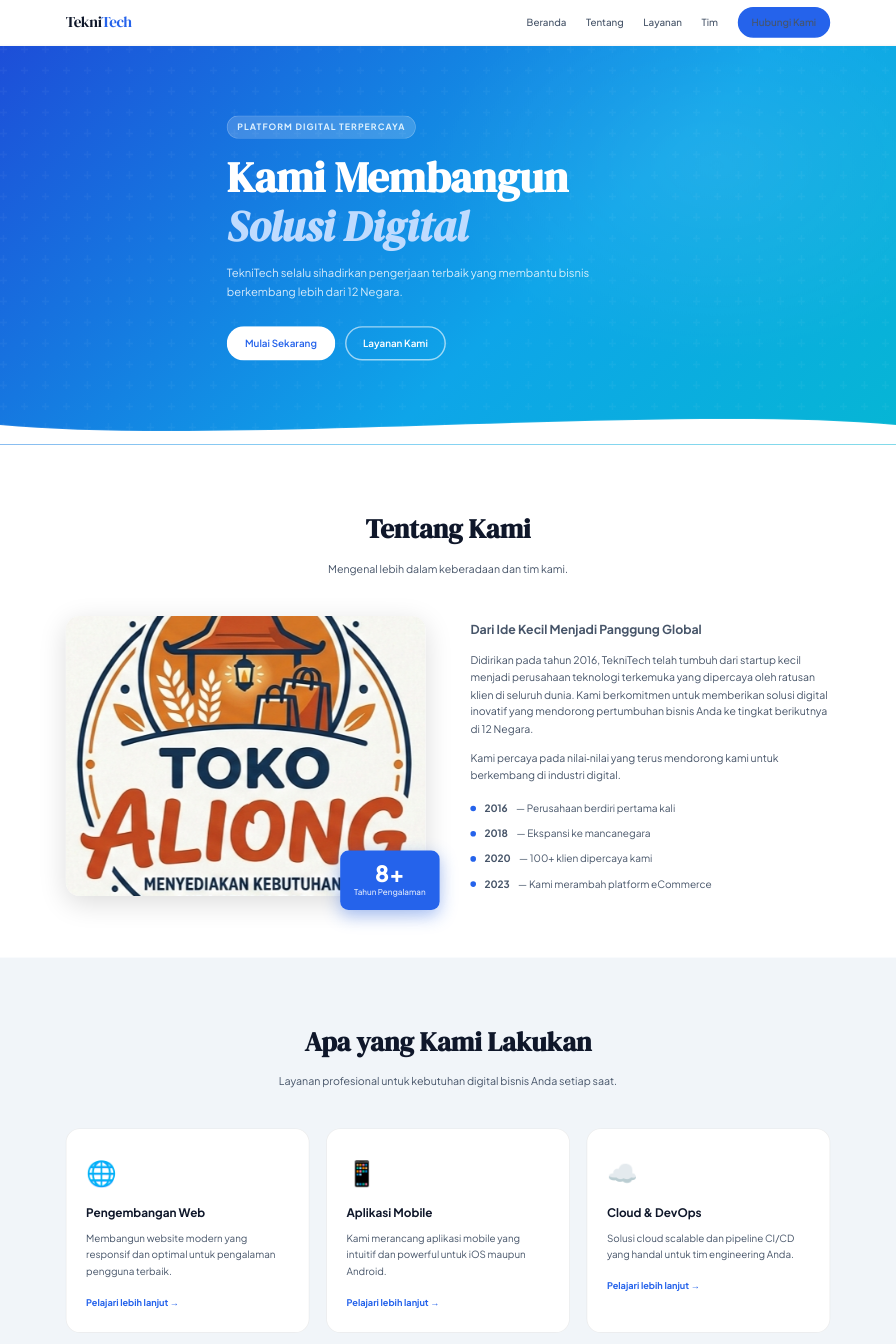
Repository: rufi1126/241552010002-Web-Application-Development
Page: utss/index.html
These files come from the project's save history. The page is drawn as it stood at one moment and after a run of saves; the edit follows.
The browser window is 1280 px wide. The pictures show the part of the page from y = 0 to 1920 px (the page is 4209 px tall), at 70% of full size.

Above is the page before, as saved 2026-05-08 02:04:02.

After the next 2 saves:
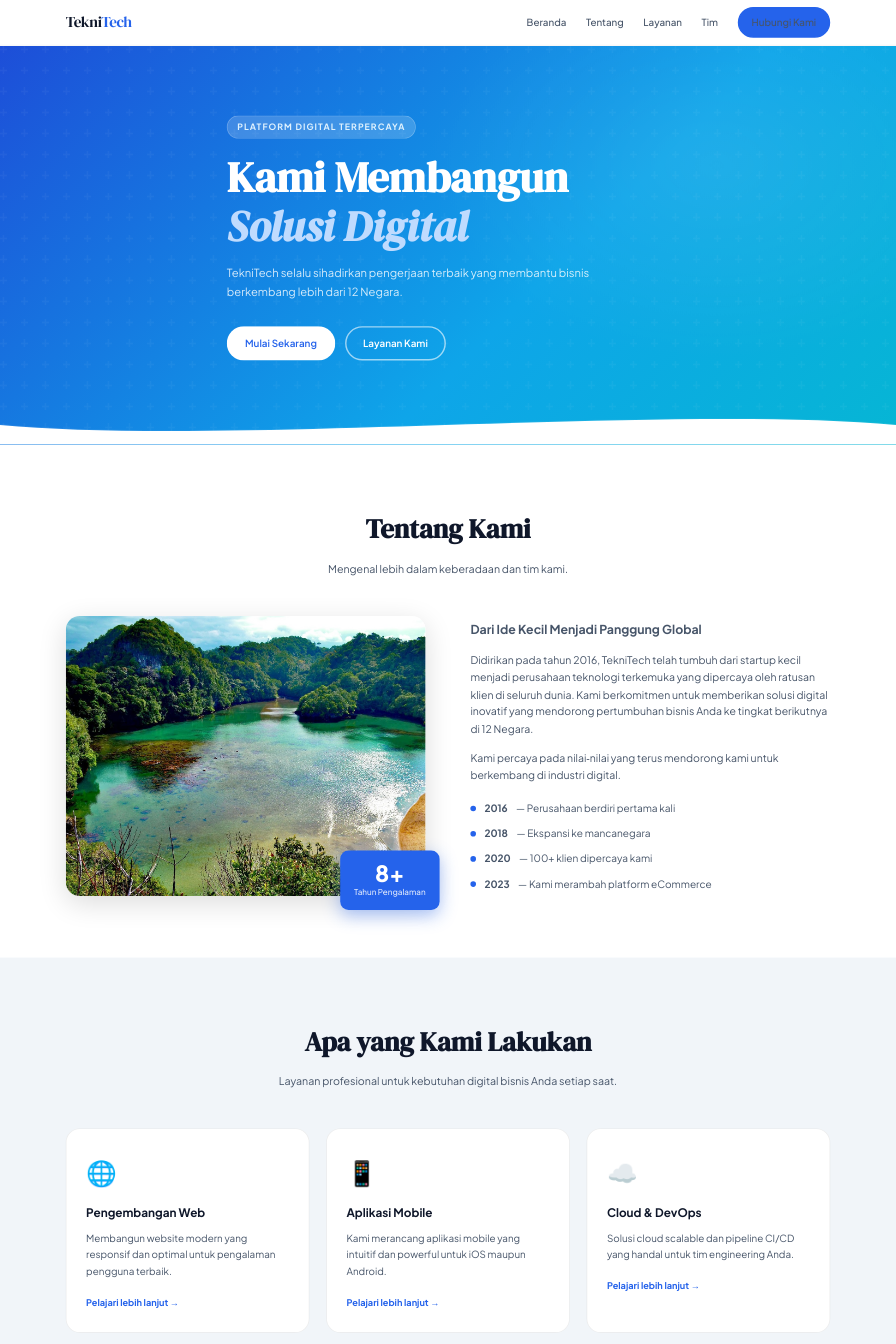
The 2 saves are shown as one change because they came seconds apart.
The last was saved 10 s later.
--- a/utss/index.html
+++ b/utss/index.html
@@ -54,7 +54,7 @@
       </div>
       <div class="about-grid">
         <div class="about-img-wrap">
-          <img src="images/aliong.png" alt="about">
+          <img src="images/alam.jpg" alt="about">
           <div class="about-badge">
             <span class="badge-num">8+</span>
             <span class="badge-text">Tahun Pengalaman</span>
